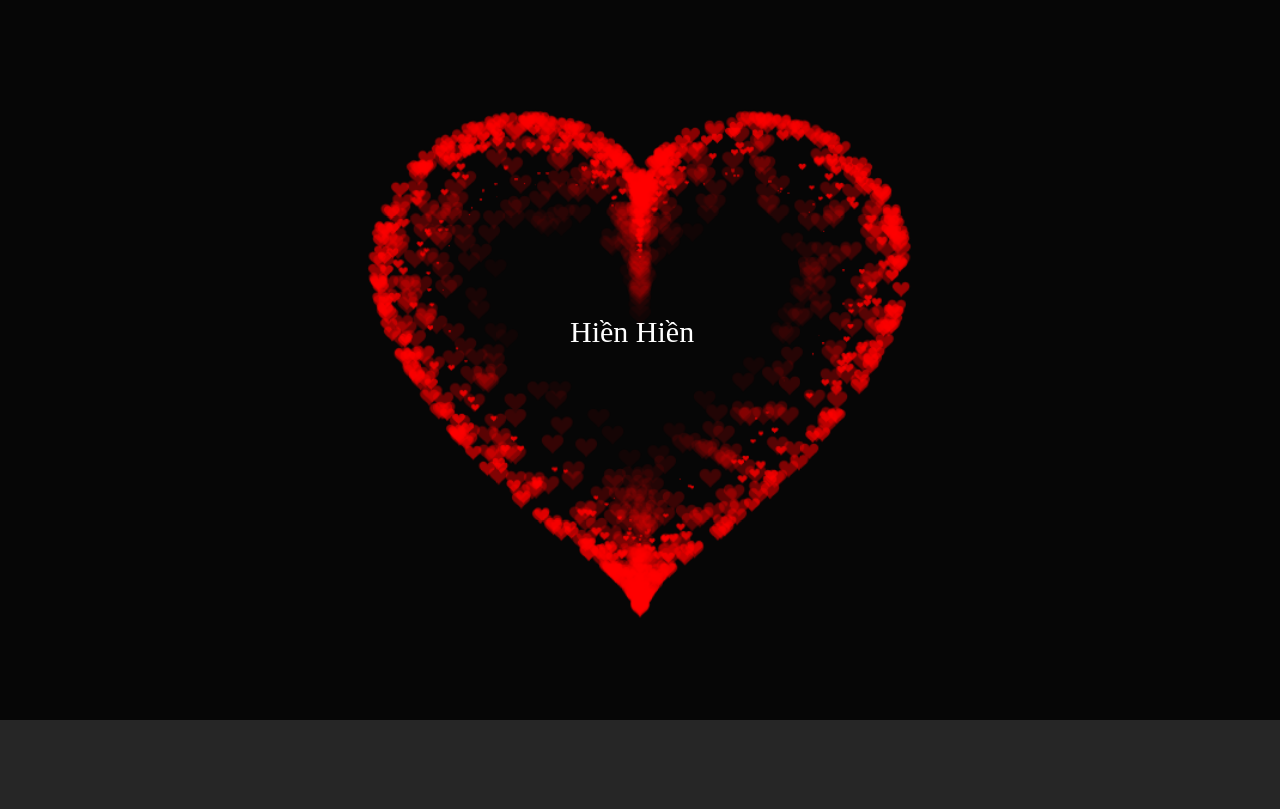
Repository: OanhBuonNgu/git_test
Page: index.html
These files come from the project's save history. The page is drawn as it stood at one moment and after the next save; the edit follows.
The browser window is 1280 px wide. The pictures show the whole page.

Above is the page before, as saved 2022-11-13 21:44:05.

### index.html
<!DOCTYPE html>
<html lang="en">

<HEAD>
    <meta charset="UTF-8">
    <meta http-equiv="X-UA-Compatible" content="IE=edge">
    <meta name="viewport" content="width=device-width, initial-scale=1.0">
    <title>Design By Nguyễn Đình Oanh</title>
    <link rel="stylesheet" href="style.css">
    <style>
        html,
        body {
            height: 100%;
            padding: 0;
            margin: 0;
            background: rgba(0, 0, 0, 0.851);
        }

        canvas {
            position: absolute;
            width: 100%;
            height: 100%;
        }
    </style>
</HEAD>

<BODY>
    <div class="container">
        <div class="box">
            <div style="color:rgb(255, 255, 255);position:absolute;top: 330px;left:430px;font-size:30px;z-index: 1;">Hiền Hiền</div>
            <canvas id="pinkboard"></canvas>
        </div>
        <script>
            var settings = {
                particles: {
                    length: 1200,
                    duration: 2,
                    velocity: 150,
                    effect: -1.2,
                    size: 20,
                },
            };
            /*
             */
            (function() {
                var b = 0;
                var c = ["ms", "moz", "webkit", "o"];
                for (var a = 0; a < c.length && !window.requestAnimationFrame; ++a) {
                    window.requestAnimationFrame = window[c[a] + "RequestAnimationFrame"];
                    window.cancelAnimationFrame = window[c[a] + "CancelAnimationFrame"] || window[c[a] + "CancelRequestAnimationFrame"]
                }
                if (!window.requestAnimationFrame) {
                    window.requestAnimationFrame = function(h, e) {
                        var d = new Date().getTime();
                        var f = Math.max(0, 50 - (d - b));
                        var g = window.setTimeout(function() {
                            h(d + f)
                        }, f);
                        b = d + f;
                        return g
                    }
                }
                if (!window.cancelAnimationFrame) {
                    window.cancelAnimationFrame = function(d) {
                        clearTimeout(d)
                    }
                }
            }());
            /*
             * Point class
             */
            var Point = (function() {
                function Point(x, y) {
                    this.x = (typeof x !== 'undefined') ? x : 0;
                    this.y = (typeof y !== 'undefined') ? y : 0;
                }
                Point.prototype.clone = function() {
                    return new Point(this.x, this.y);
                };
                Point.prototype.length = function(length) {
                    if (typeof length == 'undefined')
                        return Math.sqrt(this.x * this.x + this.y * this.y);
                    this.normalize();
                    this.x *= length;
                    this.y *= length;
                    return this;
                };
                Point.prototype.normalize = function() {
                    var length = this.length();
                    this.x /= length;
                    this.y /= length;
                    return this;
                };
                return Point;
            })();
            /*
             * Particle class
             */
            var Particle = (function() {
                function Particle() {
                    this.position = new Point();
                    this.velocity = new Point();
                    this.acceleration = new Point();
                    this.age = 0;
                }
                Particle.prototype.initialize = function(x, y, dx, dy) {
                    this.position.x = x;
                    this.position.y = y;
                    this.velocity.x = dx;
                    this.velocity.y = dy;
                    this.acceleration.x = dx * settings.particles.effect;
                    this.acceleration.y = dy * settings.particles.effect;
                    this.age = 0;
                };
                Particle.prototype.update = function(deltaTime) {
                    this.position.x += this.velocity.x * deltaTime;
                    this.position.y += this.velocity.y * deltaTime;
                    this.velocity.x += this.acceleration.x * deltaTime;
                    this.velocity.y += this.acceleration.y * deltaTime;
                    this.age += deltaTime;
                };
                Particle.prototype.draw = function(context, image) {
                    function ease(t) {
                        return (--t) * t * t + 1;
                    }
                    var size = image.width * ease(this.age / settings.particles.duration);
                    context.globalAlpha = 1 - this.age / settings.particles.duration;
                    context.drawImage(image, this.position.x - size / 2, this.position.y - size / 2, size, size);
                };
                return Particle;
            })();
            /*
             * ParticlePool class
             */
            var ParticlePool = (function() {
                var particles,
                    firstActive = 0,
                    firstFree = 0,
                    duration = settings.particles.duration;

                function ParticlePool(length) {
                    // create and populate particle pool
                    particles = new Array(length);
                    for (var i = 0; i < particles.length; i++)
                        particles[i] = new Particle();
                }
                ParticlePool.prototype.add = function(x, y, dx, dy) {
                    particles[firstFree].initialize(x, y, dx, dy);

                    // handle circular queue
                    firstFree++;
                    if (firstFree == particles.length) firstFree = 0;
                    if (firstActive == firstFree) firstActive++;
                    if (firstActive == particles.length) firstActive = 0;
                };
                ParticlePool.prototype.update = function(deltaTime) {
                    var i;

                    // update active particles
                    if (firstActive < firstFree) {
                        for (i = firstActive; i < firstFree; i++)
                            particles[i].update(deltaTime);
                    }
                    if (firstFree < firstActive) {
                        for (i = firstActive; i < particles.length; i++)
                            particles[i].update(deltaTime);
                        for (i = 0; i < firstFree; i++)
                            particles[i].update(deltaTime);
                    }

                    // remove inactive particles
                    while (particles[firstActive].age >= duration && firstActive != firstFree) {
                        firstActive++;
                        if (firstActive == particles.length) firstActive = 0;
                    }


                };
                ParticlePool.prototype.draw = function(context, image) {
                    // draw active particles
                    if (firstActive < firstFree) {
                        for (i = firstActive; i < firstFree; i++)
                            particles[i].draw(context, image);
                    }
                    if (firstFree < firstActive) {
                        for (i = firstActive; i < particles.length; i++)
                            particles[i].draw(context, image);
                        for (i = 0; i < firstFree; i++)
                            particles[i].draw(context, image);
                    }
                };
                return ParticlePool;
            })();
            /*
             * Putting it all together
             */
            (function(canvas) {
                var context = canvas.getContext('2d'),
                    particles = new ParticlePool(settings.particles.length),
                    particleRate = settings.particles.length / settings.particles.duration, // particles/sec
                    time;

                // get point on heart with -PI <= t <= PI
                function pointOnHeart(t) {
                    return new Point(
                        160 * Math.pow(Math.sin(t), 3),
                        130 * Math.cos(t) - 50 * Math.cos(2 * t) - 20 * Math.cos(3 * t) - 10 * Math.cos(4 * t) + 25
                    );
                }

                // creating the particle image using a dummy canvas
                var image = (function() {
                    var canvas = document.createElement('canvas'),
                        context = canvas.getContext('2d');
                    canvas.width = settings.particles.size;
                    canvas.height = settings.particles.size;
                    // helper function to create the path
                    function to(t) {
                        var point = pointOnHeart(t);
                        point.x = settings.particles.size / 2 + point.x * settings.particles.size / 350;
                        point.y = settings.particles.size / 2 - point.y * settings.particles.size / 350;
                        return point;
                    }
                    // create the path
                    context.beginPath();
                    var t = -Math.PI;
                    var point = to(t);
                    context.moveTo(point.x, point.y);
                    while (t < Math.PI) {
                        t += 0.05; // baby steps!
                        point = to(t);
                        context.lineTo(point.x, point.y);
                    }
                    context.closePath();
                    // create the fill
                    context.fillStyle = '#FF0000';
                    context.fill();
                    // create the image
                    var image = new Image();
                    image.src = canvas.toDataURL('');
                    return image;
                })();

                // render that thing!
                function render() {
                    // next animation frame
                    requestAnimationFrame(render);

                    // update time
                    var newTime = new Date().getTime() / 900,
                        deltaTime = newTime - (time || newTime);
                    time = newTime;

                    // clear canvas
                    context.clearRect(0, 0, canvas.width, canvas.height);

                    // create new particles
                    var amount = particleRate * deltaTime;
                    for (var i = 0; i < amount; i++) {
                        var pos = pointOnHeart(Math.PI - 2 * Math.PI * Math.random());
                        var dir = pos.clone().length(settings.particles.velocity);
                        particles.add(canvas.width / 2 + pos.x, canvas.height / 2 - pos.y, dir.x, -dir.y);
                    }

                    // update and draw particles
                    particles.update(deltaTime);
                    particles.draw(context, image);
                }

                // handle (re-)sizing of the canvas
                function onResize() {
                    canvas.width = canvas.clientWidth;
                    canvas.height = canvas.clientHeight;
                }
                window.onresize = onResize;

                // delay rendering bootstrap
                setTimeout(function() {
                    onResize();
                    render();
                }, 10);
            })(document.getElementById('pinkboard'));
        </script>
    </div>

</BODY>

</HTML>

### style.css
body {
    display: flex;
    justify-content: center;
    align-items: center;
    background: #2c3e50
}

.box {
    width: 1000px;
    position: absolute;
    top: 50%;
    left: 50%;
    transform: translate(-50%, -50%);
    display: flex;
    flex-direction: column;
}

#pinkboard {
    position: relative;
    margin: auto;
    height: 750px;
    width: 750px;
    animation: animate 1.2s infinite;
}

#pinkboard:before,
#pinkboard:after {
    content: '';
    position: absolute;
    background: #000000;
    width: 100px;
    height: 160px;
    border-top-left-radius: 50px;
    border-top-right-radius: 50px;
}

#pinkboard:before {
    left: 100px;
    transform: rotate(-45deg);
    transform-origin: 0 100%;
    box-shadow: 0 14px 28px rgba(0, 0, 0, 0.25), 0 10px 10px rgba(0, 0, 0, 0.22);
}

#pinkboard:after {
    left: 0;
    transform: rotate(45deg);
    transform-origin: 100% 100%;
}

@keyframes animate {
    0% {
        transform: scale(1);
    }
    20% {
        transform: scale(1.2);
    }
    30% {
        transform: scale(1.3);
    }
    40% {
        transform: scale(1.4);
    }
    50% {
        transform: scale(1.5);
    }
    60% {
        transform: scale(1.4);
    }
    80% {
        transform: scale(1.2);
    }
    100% {
        transform: scale(1);
    }
}

After the next save:
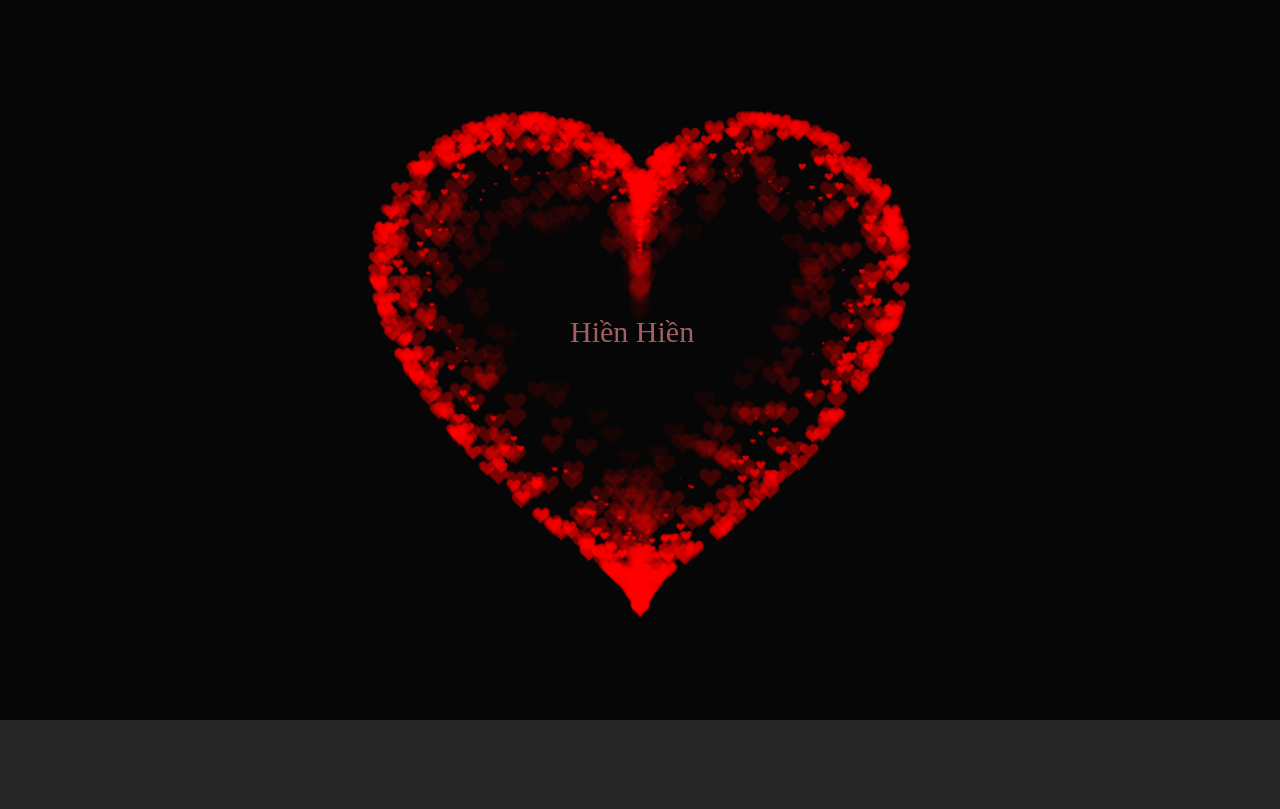
Saved 7 s later.
--- a/index.html
+++ b/index.html
@@ -27,7 +27,7 @@
 <BODY>
     <div class="container">
         <div class="box">
-            <div style="color:rgb(255, 255, 255);position:absolute;top: 330px;left:430px;font-size:30px;z-index: 1;">Hiền Hiền</div>
+            <div style="color:rgb(164, 96, 96);position:absolute;top: 330px;left:430px;font-size:30px;z-index: 1;">Hiền Hiền</div>
             <canvas id="pinkboard"></canvas>
         </div>
         <script>
